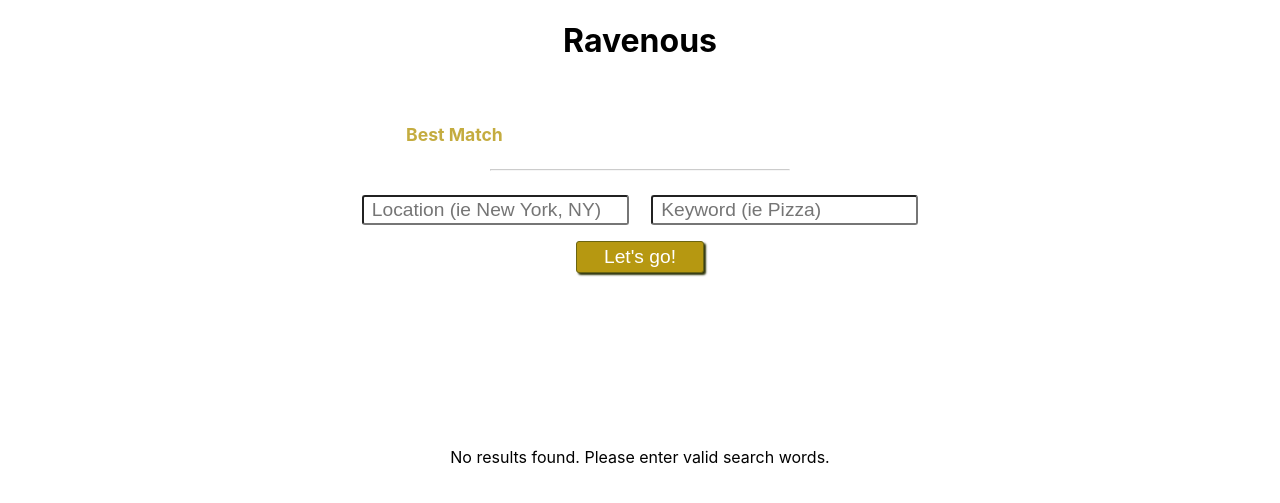
Repository: LolaSL/Ravenous
Page: /
The author's editor kept a copy of each file at every save. The page is drawn from the files as they stood at one save, then again after the next save.
The browser window is 1280 px wide. The pictures show the whole page.
The page's requests for data from a server got no answer. The project was rebuilt for these pictures with package versions that can differ from the ones it lists, and the page was loaded fresh each time. No one was signed in, and anything a server would have sent is missing. Also part of the build but not shown: src/Business/Business.js.

Above is the page before, as saved 2024-03-23 20:18:22.

After the next save:
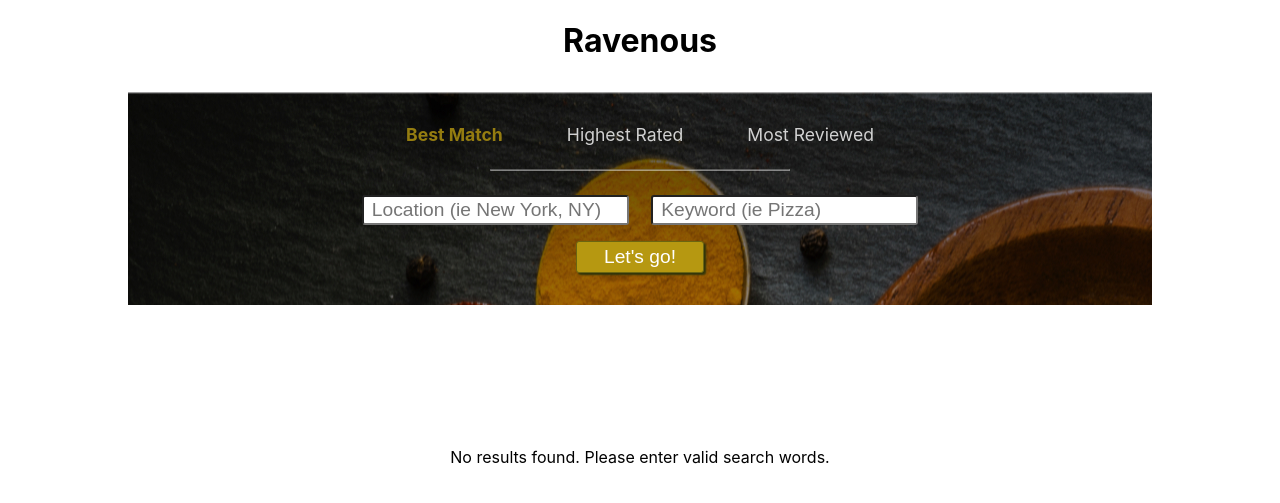
Saved 13 min 15 s later.
--- a/src/SearchBar/SearchBar.css
+++ b/src/SearchBar/SearchBar.css
@@ -5,6 +5,7 @@
     margin: 2rem auto;
     padding: 1rem;
     justify-content: center;
+    background-image: url("./background_search_desktop.jpg");
   }
 
   #sort-options {
